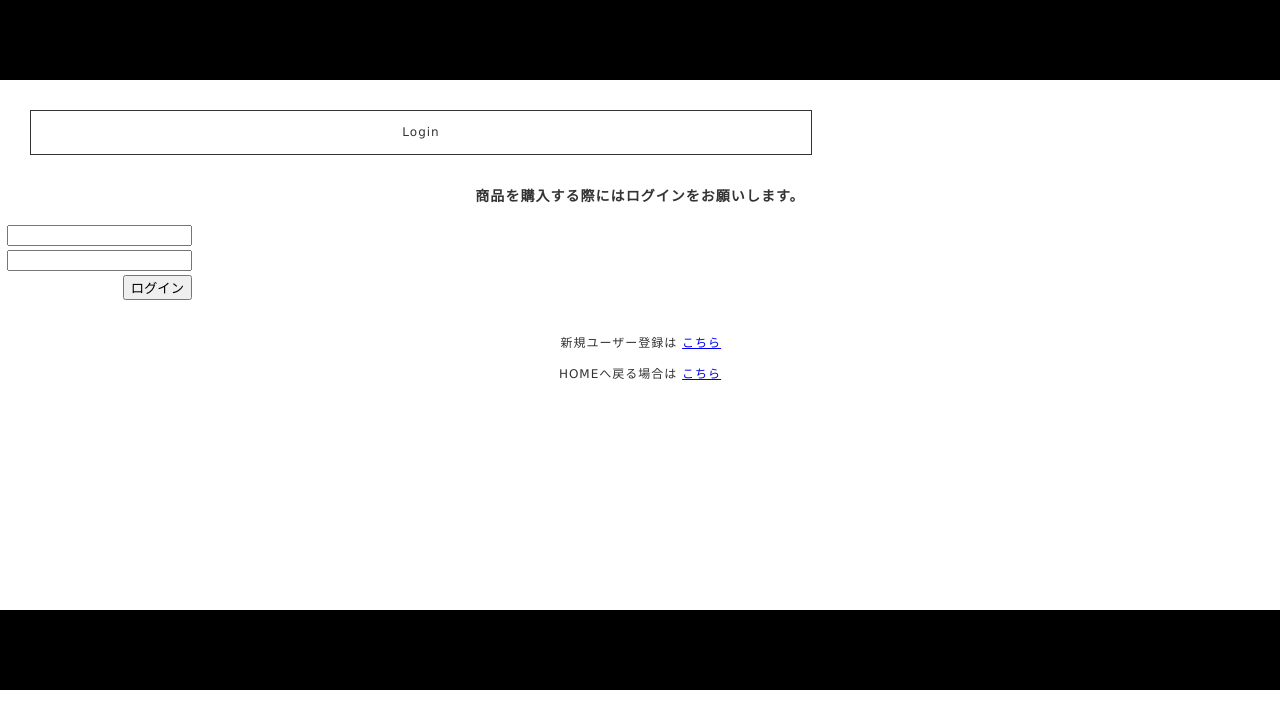
Repository: 0606kuramotomiho/test
Page: http://localhost/ecsite2/login.jsp
These files come from the project's save history. The page is drawn as it stood at one moment and after the next save; the edit follows.
The browser window is 1280 px wide. The pictures show the whole page.
The page is served by Tomcat 9. Other server files are loaded and not shown.

Above is the page before, as saved 2018-07-24 06:26:23.

### ecsite2/WebContent/login.jsp
<%@ page language="java" contentType="text/html; charset=UTF-8"
    pageEncoding="UTF-8"%>
<%@ taglib prefix="s" uri="/struts-tags" %>
<!DOCTYPE html>
<html>
<head>
<meta http-equiv="Content-Type" content="text/html; charset=UTF-8" />
<meta http-equiv="Content-Style-Type" content="text/css" />
<meta http-equiv="Content-Script-Type" content="text/javascript" />
<meta http-equiv="imagetoolbar" content="no" />
<meta name="description" content="" />
<meta name="keywords" content="" />
<title>Login画面</title>

<style type="text/css">

/* TAG LAYOUT */

body{
	margin: 0;
	padding: 0;
	line-height: 1.6;
	letter-spacing: 1px;
	font-family: Verdana, Helvetica, sans-serif;
	font-size: 12px;
	color: #333;
	background: #fff;
	}

table{
	text-align: center;
	margin: 0;
	}

/* ID LAYOUT */

#top{
	width: 780px;
	margin: 30px;
	border: 1px solid #333;
	}

#header{
	width: 100%;
	height: 80px;
	background-color: black;
	}

#main{
	width: 100%;
	height: 500px;
	text-align: center;
	}

#footer{
	width: 100%;
	height: 80px;
	background-color: black;
	clear: both;
	}

#text-link{
	display: inline-block;
	text-align: right;
	}
</style>
</head>
<body>
	<div id="header">
		<div id="pr">
		</div>
	</div>
	<div id="main">
		<div id="top">
			<p>Login</p>
		</div>
		<div>
			<h3>商品を購入する際にはログインをお願いします。</h3>
			<s:form action="LoginAction">
				<s:textfield name="loginUserId" />
				<s:password name="loginpassword" />
				<s:submit value="ログイン" />
			</s:form>
			<br/>
			<div id="text-link">
				<p>新規ユーザー登録は
					<a href='<s:url action="UserCreateAction" />'>こちら</a></p>
				<p>HOMEへ戻る場合は
					<a href='<s:url action="GoHomeAction" />'>こちら</a></p>
			</div>
		</div>
	</div>

	<div id="footer">
		<div id="pr">
		</div>
	</div>

</body>
</html>

After the next save:
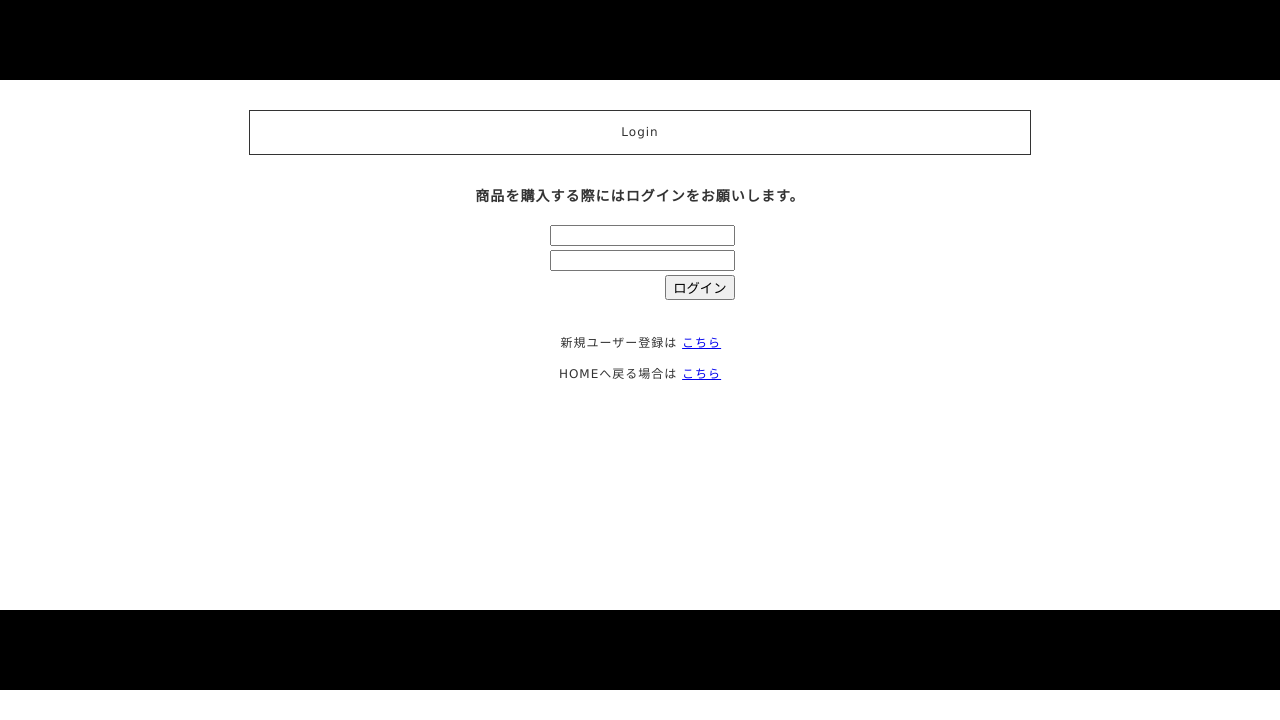
Saved 8 min 43 s later.
--- a/ecsite2/WebContent/login.jsp
+++ b/ecsite2/WebContent/login.jsp
@@ -29,14 +29,14 @@
 
 table{
 	text-align: center;
-	margin: 0;
+	margin: 0 auto;
 	}
 
 /* ID LAYOUT */
 
 #top{
 	width: 780px;
-	margin: 30px;
+	margin: 30px auto;
 	border: 1px solid #333;
 	}
 
@@ -78,7 +78,7 @@
 			<h3>商品を購入する際にはログインをお願いします。</h3>
 			<s:form action="LoginAction">
 				<s:textfield name="loginUserId" />
-				<s:password name="loginpassword" />
+				<s:password name="loginPassword" />
 				<s:submit value="ログイン" />
 			</s:form>
 			<br/>
